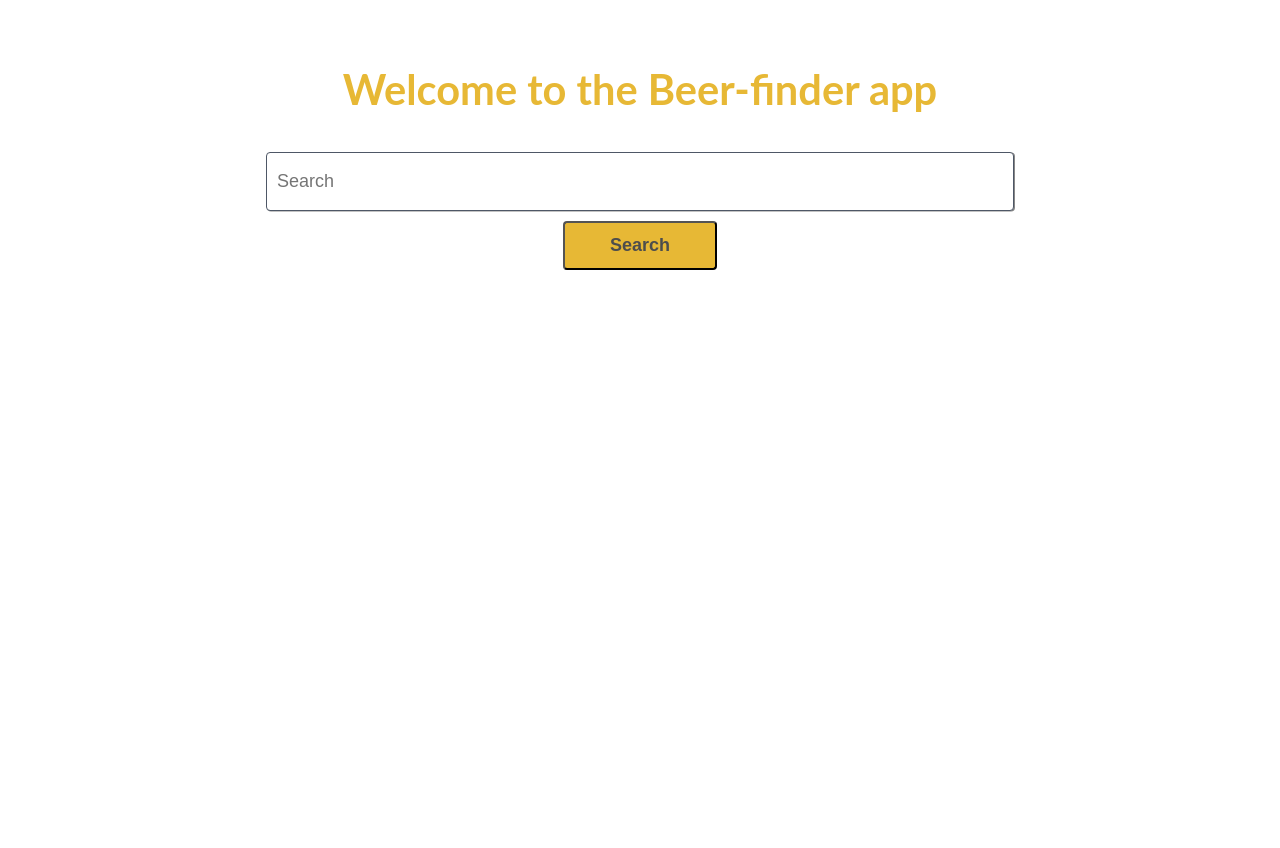
Repository: marcinszymaszek/beer-finder
Page: /
The author's editor kept a copy of each file at every save. The page is drawn from the files as they stood at one save, then again after the next save.
The browser window is 1280 px wide. The pictures show the whole page.
The project was rebuilt for these pictures with package versions that can differ from the ones it lists, and the page was loaded fresh each time.

Above is the page before, as saved 2020-05-10 20:40:20.

### public/index.html
<!DOCTYPE html>
<html lang="en">
  <head>
    <meta charset="utf-8" />
    <link rel="icon" href="%PUBLIC_URL%/favicon.ico" />
    <meta name="viewport" content="width=device-width, initial-scale=1" />
    <meta name="theme-color" content="#000000" />
    <meta
      name="description"
      content="Web site created using create-react-app"
    />
    <link rel="apple-touch-icon" href="%PUBLIC_URL%/logo192.png" />
    <!--
      manifest.json provides metadata used when your web app is installed on a
      user's mobile device or desktop. See https://developers.google.com/web/fundamentals/web-app-manifest/
    -->
    <link rel="manifest" href="%PUBLIC_URL%/manifest.json" />
    <!--
      Notice the use of %PUBLIC_URL% in the tags above.
      It will be replaced with the URL of the `public` folder during the build.
      Only files inside the `public` folder can be referenced from the HTML.

      Unlike "/favicon.ico" or "favicon.ico", "%PUBLIC_URL%/favicon.ico" will
      work correctly both with client-side routing and a non-root public URL.
      Learn how to configure a non-root public URL by running `npm run build`.
    -->
    <title>Beer-finder App</title>
  </head>
  <body>
    <noscript>You need to enable JavaScript to run this app.</noscript>
    <div id="root"></div>
    <!--
      This HTML file is a template.
      If you open it directly in the browser, you will see an empty page.

      You can add webfonts, meta tags, or analytics to this file.
      The build step will place the bundled scripts into the <body> tag.

      To begin the development, run `npm start` or `yarn start`.
      To create a production bundle, use `npm run build` or `yarn build`.
    -->
  </body>
</html>

### src/index.js
import React from 'react';
import ReactDOM from 'react-dom';
import './index.css';
import App from './components/main/App';
import * as serviceWorker from './serviceWorker';

ReactDOM.render(
  <React.StrictMode>
    <App />
  </React.StrictMode>,
  document.getElementById('root')
);

// If you want your app to work offline and load faster, you can change
// unregister() to register() below. Note this comes with some pitfalls.
// Learn more about service workers: https://bit.ly/CRA-PWA
serviceWorker.unregister();

### src/components/main/App.js
import React, { useState, useEffect } from 'react';
import './App.css';
import Search from '../search/Search'


const App = () => {

  return (
    <div className="main-container">
      <h1 className="app-title">Welcome to the Beer-finder app</h1>
      <Search />


    </div>
  );
}

export default App;

### src/components/main/App.css
.main-container {
  font-family: Lato, sans-serif;
  font-size: 1.5em;
  height: 100vh;
  line-height: 20px;
  font-size: 1.3rem;
  text-align: center;
  margin: 5% 20%;
  color: #e7b835;
}

.app-title{
  line-height: normal;
}

@media (max-width: 1199px)  {
  .main-container  {
    font-size: 1.2em;
  }
}

@media (max-width: 576px)  {
  .main-container  {
    height: auto;
    margin-bottom: 20%;
    margin-left: 15%;
    margin-right: 15%;
  }
}

### src/components/search/Search.js
import React, { useState, useEffect } from 'react';
import './Search.css';


const Search = () => {

    return (
        <div className="inline-container">
            <input name="text" type="text" placeholder="Search" />
            <button>Search</button>
        </div>
    )
}

export default Search;

### src/components/search/Search.css
.inline-container {
    display: flex;
    flex-flow: wrap;
    align-content: center;
    align-items: stretch;
    justify-content: space-around;
}

input {
    width: 600%;
    margin: 10px;
    padding: 18px 10px;
    border-radius: 4px;
    border: 1px solid #4e5766;
    box-shadow: 1px 0.5px #888888;
    font-size: 18px;
}

    button {
        padding: 12px 10px;
        width: 20%;
        border-radius: 4px;
        background-color: #e7b835;
        color: #4d4d4d;
        cursor: pointer;
        font-size: 18px;
        font-weight: 700;
    }


@media (max-width: 767px)  {
    .inline-container {
        justify-content: space-evenly;
    }
}

@media (max-width: 576px)  {
    input {
        width: 100%;
        margin: 20px 0px;
        padding: 18px 10px;
    }

    button {
        width: 100%;
    }
  }

Loaded but not shown: src/index.css (common file); src/serviceWorker.js (common file)

After the next save:
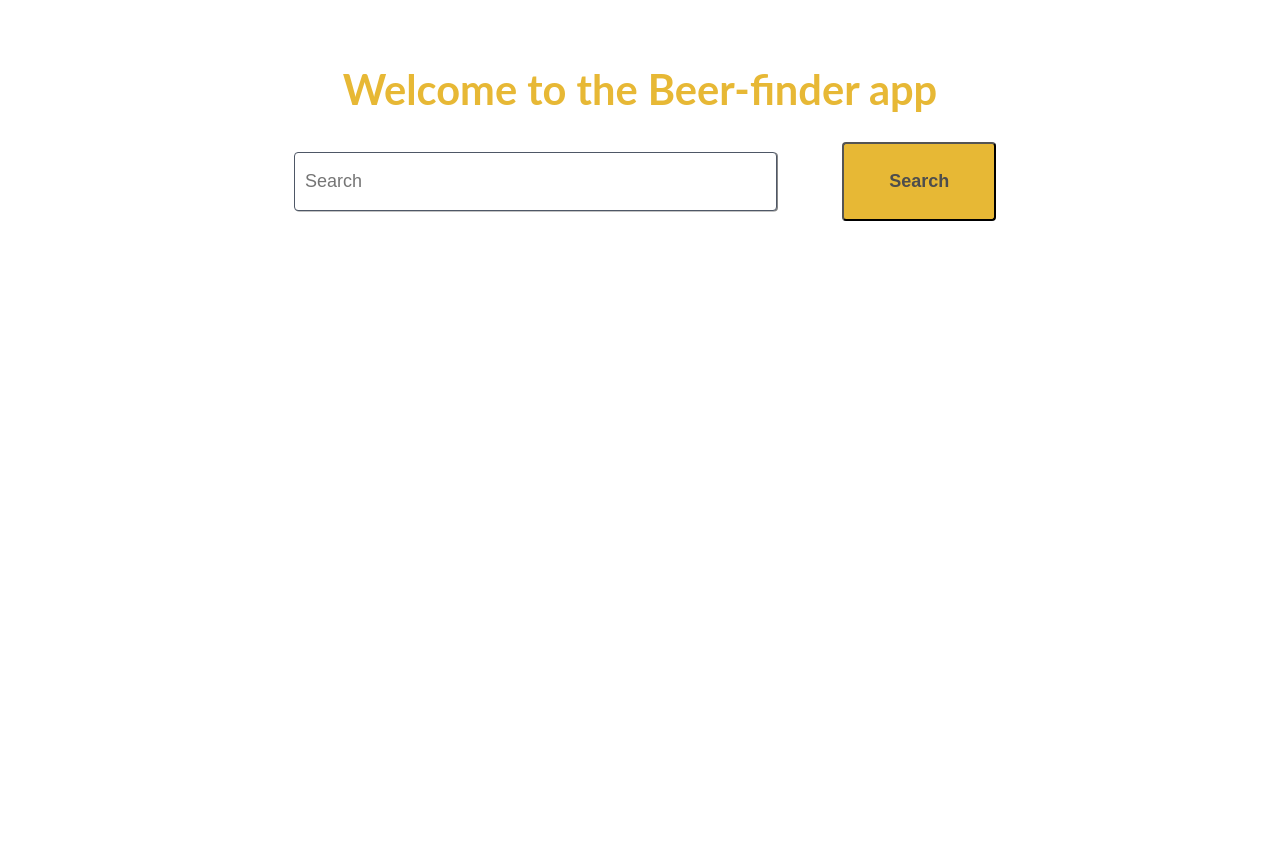
Saved 10 s later.
--- a/src/components/search/Search.css
+++ b/src/components/search/Search.css
@@ -7,7 +7,7 @@
 }
 
 input {
-    width: 600%;
+    width: 60%;
     margin: 10px;
     padding: 18px 10px;
     border-radius: 4px;
